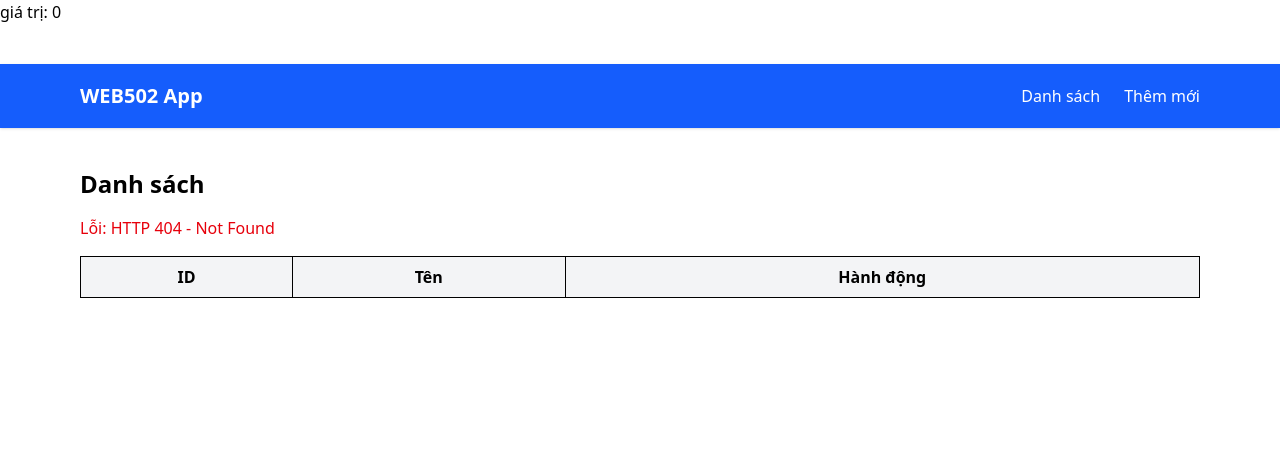
Repository: DODUCHUY195/Lap_Trinh_TypeScript
Page: /
The author's editor kept a copy of each file at every save. The page is drawn from the files as they stood at one save, then again after the next save.
The browser window is 1280 px wide. The pictures show the whole page.
The page's requests for data from a server got no answer. The project was rebuilt for these pictures with package versions that can differ from the ones it lists, and the page was loaded fresh each time. No one was signed in, and anything a server would have sent is missing. Requests to the local data server were answered from the project's data file. Also part of the build but not shown: vite.config.ts, src/pages/Add.tsx, src/pages/Edit.tsx.

Above is the page before, as saved 2026-01-16 19:56:27.

### src/App.tsx
import { Toaster } from "react-hot-toast";
import { Link, Routes, Route } from "react-router-dom";

import List from "./pages/List";
import Add from "./pages/Add";
import Edit from "./pages/Edit";
import Button from "./components/Button";
import { useEffect, useState } from "react";


function App() {
  const [count, setCount] = useState(0); //State
  useEffect(() => {
    document.title = `Bạn đã nhấn ${count} lần`;
  }, [count]);

  return (
    <>
      {/* NAVBAR */}
      <p>giá trị: {count}
        </p>
        <Button label="Hãy nhấn vào đây" onlick={() => setCount(count + 1)} color="black" /> {/* Props */}

      <Button label="Hãy nhấn vào đây" onlick={() => alert('Button clicked!')} color="black" />
        <Button label="Hãy nhấn vào đây" onlick={() => alert('Button clicked2!')} color="red" />
      <nav className="bg-blue-600 text-white shadow">
        <div className="max-w-6xl mx-auto px-4 h-16 flex items-center justify-between">
          <Link to="/" className="text-xl font-semibold">
            <strong>WEB502 App</strong>
          </Link>

          <div className="flex items-center space-x-6">
            <Link to="/" className="hover:text-gray-200">
              Danh sách
            </Link>
            <Link to="/add" className="hover:text-gray-200">
              Thêm mới
            </Link>
          </div>
        </div>
      </nav>

      <div className="max-w-6xl mx-auto mt-10 px-4">
        <Routes>
          <Route path="/" element={<List />} />
          <Route path="/add" element={<Add />} />
          <Route path="/edit/:id" element={<Edit />} />
        </Routes>
      </div>

      <Toaster />
    </>
  );
}

export default App;

### src/pages/List.tsx
import { useEffect, useState } from "react";
import { Link } from "react-router-dom";
import type { Subject } from "../types/Subject";

const List = () => {
  const [subjects, setSubjects] = useState<Subject[]>([]);
  const [loading, setLoading] = useState<boolean>(false);
  const [error, setError] = useState<string | null>(null);

  useEffect(() => {
    const controller = new AbortController();
    const { signal } = controller;
    const getAll = async () => {
      try {
        setLoading(true);
        setError(null);
        const response = await fetch("http://localhost:3000/subjects", { signal });
        if (!response.ok) {
          throw new Error(`HTTP ${response.status} - ${response.statusText}`);
        }
        const data: Subject[] = await response.json();
        setSubjects(data);
      } catch (error) {
        const message =
          error instanceof DOMException && error.name === "AbortError"
            ? null
            : (error as Error)?.message || "Không thể tải dữ liệu";
        if (message) {
          setError(message);
          console.error("Error fetching subjects:", error);
        }
      }
      finally {
        setLoading(false);
      }
    };
    getAll();
    return () => controller.abort();
  }, []);

  return (
    <div>
      <h1 className="text-2xl font-bold mb-4">Danh sách</h1>
      {loading && <p className="mb-2 text-gray-600">Đang tải dữ liệu...</p>}
      {error && <p className="mb-4 text-red-600">Lỗi: {error}</p>}

      <table className="w-full border">
        <thead>
          <tr className="bg-gray-100">
            <th className="border p-2">ID</th>
            <th className="border p-2">Tên</th>
            <th className="border p-2">Hành động</th>
          </tr>
        </thead>
        <tbody>
          {subjects.map((item) => (
            <tr key={item.id}>
              <td className="border p-2">{item.id}</td>
              <td className="border p-2">{item.name}</td>
              <td className="border p-2">
                <Link to={`/edit/${item.id}`} className="text-blue-600 hover:underline">
                  Sửa
                </Link>
              </td>
            </tr>
          ))}
        </tbody>
      </table>
    </div>
  );
};

export default List;

### src/components/Button.tsx
type Props = {
    label: "Hãy nhấn vào đây";
    onlick: () => void;
    color: "black" | "red" | "green";
}

function Button({ label, onlick, color }: Props){
    return <button onClick={onlick} className={`bg-${color}-500 text-white px-4 py-2 rounded`}>{label}</button>;
}

export default Button;

### db.json
{
    "subject": [
{
    "id": 1,
    "name": "ReactJS Cơ Bản",
    "credit": 3,
    "category": "Chuyên ngành",
    "teacher": "Nguyễn Văn A"
  },
  {
    "id": 2,
    "name": "TypeScript",
    "credit": 2,
    "category": "Chuyên ngành",
    "teacher": "Trần Thị B"
  },
  {
    "id": 3,
    "name": "Cấu trúc dữ liệu",
    "credit": 3,
    "category": "Cơ sở",
    "teacher": "Lê Văn C"
  },
  {
    "id": 4,
    "name": "Lập trình C",
    "credit": 4,
    "category": "Đại cương",
    "teacher": "Phạm Văn D"
  }
    ]
}

Loaded but not shown: index.html (common file); src/main.tsx (common file); src/index.css (common file)

After the next save:
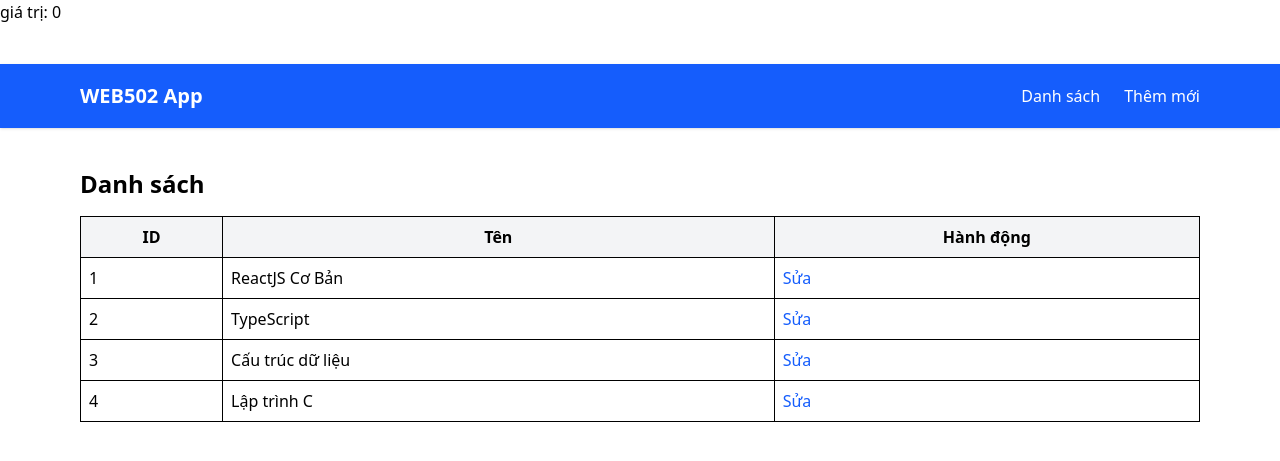
Saved 67 s later.
--- a/src/pages/List.tsx
+++ b/src/pages/List.tsx
@@ -14,7 +14,7 @@ const List = () => {
       try {
         setLoading(true);
         setError(null);
-        const response = await fetch("http://localhost:3000/subjects", { signal });
+        const response = await fetch("http://localhost:3000/subject", { signal });
         if (!response.ok) {
           throw new Error(`HTTP ${response.status} - ${response.statusText}`);
         }
